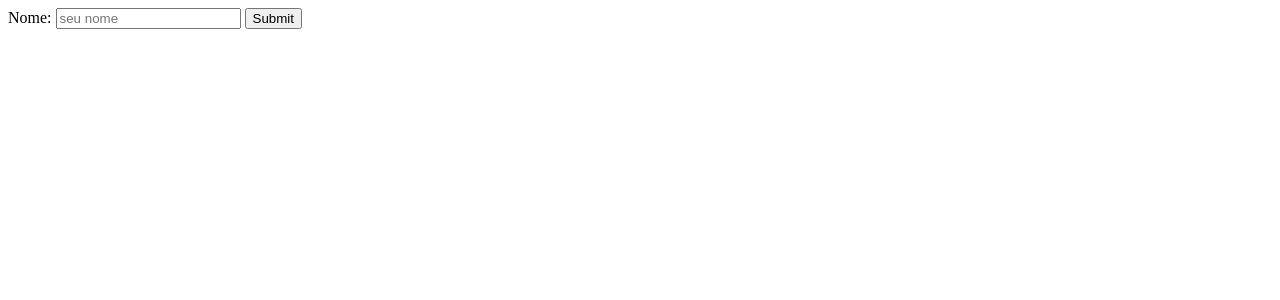
Repository: EduardoBrugneroto/basicoDeTomcat
Page: gerenciador/WebContent/formNovaEmpresa.html
An editor plug-in stored every save of this project. The page is shown before and after the next save, followed by the edit.
The browser window is 1280 px wide. The pictures show the whole page.

Above is the page before, as saved 2021-07-23 17:31:06.

After the next save:
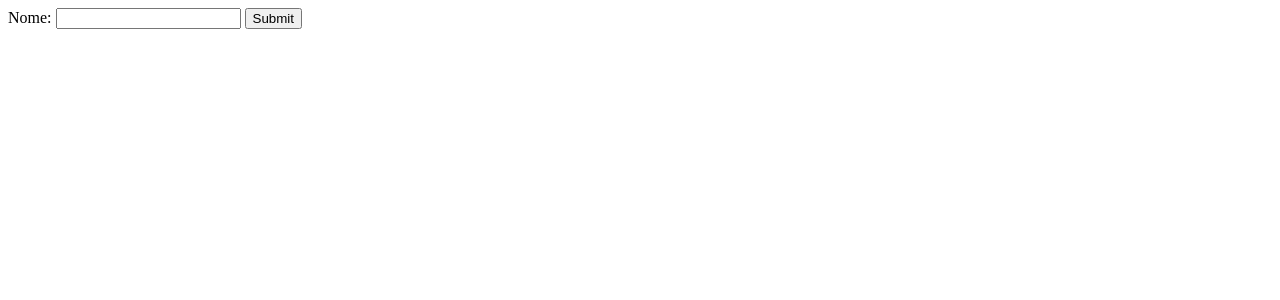
Saved 71 s later.
--- a/gerenciador/WebContent/formNovaEmpresa.html
+++ b/gerenciador/WebContent/formNovaEmpresa.html
@@ -6,7 +6,7 @@
 </head>
 <body>
 	<form action="/gerenciador/novaEmpresa">
-	Nome: <input type="text" name="Nome" placeholder="seu nome"/>
+	Nome: <input type="text" name="Nome"/>
 	<input type="submit"/>
 	</form>
 
